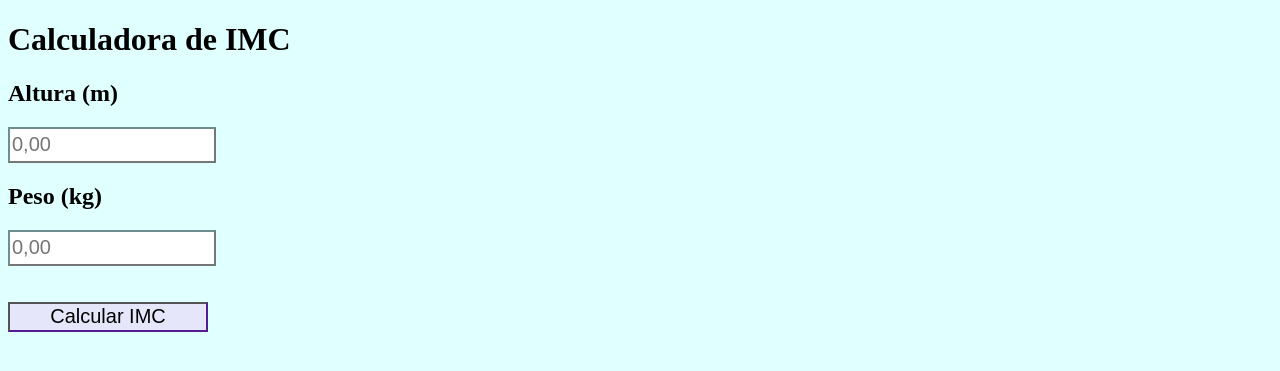
Repository: DeboraGuerra/programacaoWeb
Page: http://localhost/Desafio03/
An editor plug-in stored every save of this project. The page is shown before and after the next save, followed by the edit.
The browser window is 1280 px wide. The pictures show the whole page.
The page is served by Tomcat 9. Other server files are loaded and not shown.

Above is the page before, as saved 2020-03-23 23:59:07.

### projetos-java/Desafio03/WebContent/index.htm
<!DOCTYPE html>

<html>

	<head>
		<meta charset="UTF-8">
		<title>Calculadora de IMC</title>
		<link rel="stylesheet" href="style.css">
	</head>

	<body style="background-color:#e0ffff">
		<form method="get" action="imc" name="formIMC">

			<h1>Calculadora de IMC</h1>

			<h2>Altura (m)</h2>
			<input type="number" class="caixa" name="altura" required="required"
			 placeholder="0,00" step="0.01" min=0>


			<h2>Peso (kg)</h2>
			<input type="number" class="caixa" name="peso" required="required"
			 placeholder="0,00" step="0.01" min=0>

			<br><br><br>
			<input type="submit" class="botao" value="Calcular IMC">

		</form>
	</body>

</html>

### projetos-java/Desafio03/WebContent/style.css
@charset "UTF-8";

.caixa {
    width: 200px;
    height: 30px;
    font-size: 20px;
    border-top-color: #b0e0e6;
    border-left-color: #b0e0e6;
}

.botao {
    background-color: #e6e6fa;
    width: 200px;
    height: 30px;
    font-size: 20px;
    border-right-color: #8a2be2;
    border-bottom-color: #8a2be2;
}

After the next save:
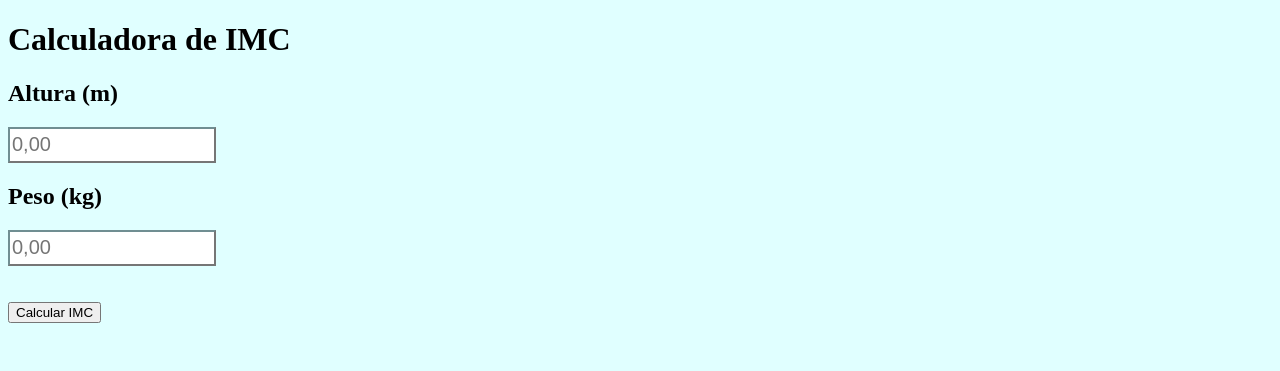
Saved 46 s later.
--- a/projetos-java/Desafio03/WebContent/style.css
+++ b/projetos-java/Desafio03/WebContent/style.css
@@ -8,7 +8,7 @@
     border-left-color: #b0e0e6;
 }
 
-.botao {
+.botao1 {
     background-color: #e6e6fa;
     width: 200px;
     height: 30px;
@@ -16,3 +16,12 @@
     border-right-color: #8a2be2;
     border-bottom-color: #8a2be2;
 }
+
+.botao2 {
+    background-color: #e6e6fa;
+    width: 250px;
+    height: 30px;
+    font-size: 20px;
+    border-right-color: #8a2be2;
+    border-bottom-color: #8a2be2;
+}
